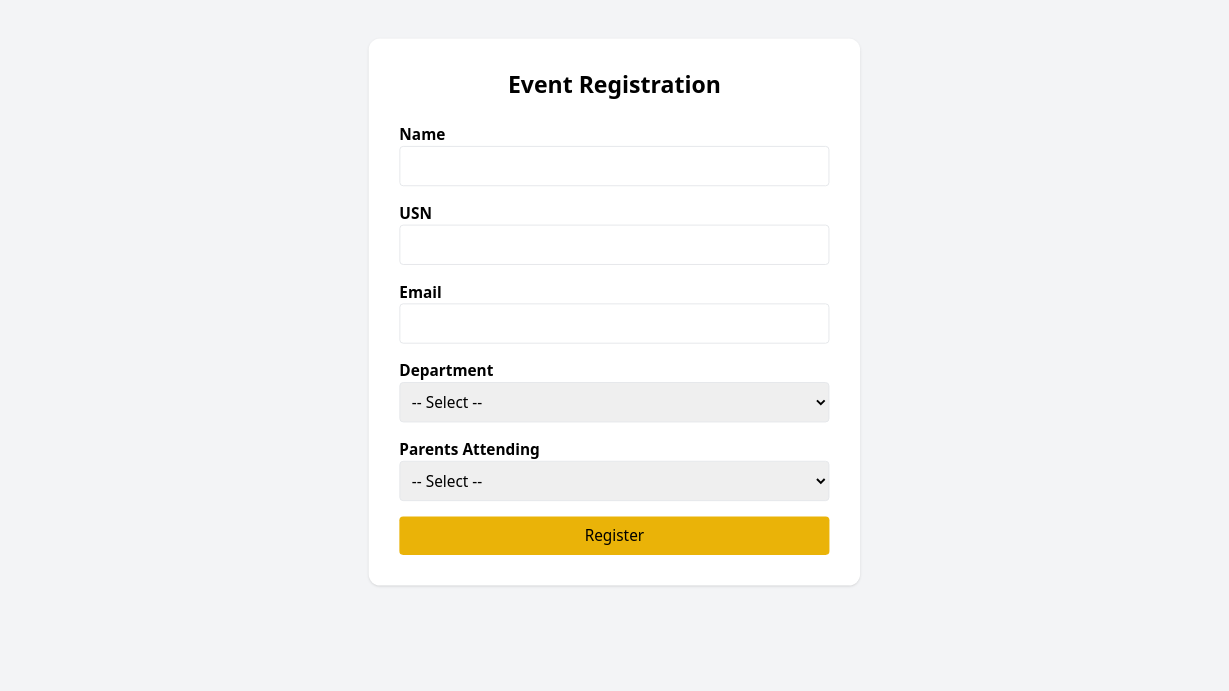
Repository: shravanramakunja/EventEase
Page: http://localhost/
The author's editor kept a copy of each file at every save. The page is drawn from the files as they stood at one save, then again after the next save.
The browser window is 1280 px wide. The pictures show the whole page, at 96% of full size.
Some web libraries are served in a nearby version. The page is served by the project's Node server (server.js). Other server files are loaded and not shown.

Above is the page before, as saved 2025-11-29 15:41:30.

### views/index.ejs
<!DOCTYPE html>
<html lang="en">
<head>
  <meta charset="UTF-8">
  <title>Event Registration</title>
  <script src="https://cdn.tailwindcss.com"></script>
</head>

<body class="bg-gray-100">

<div class="max-w-lg mx-auto mt-10 bg-white p-8 rounded-xl shadow">
  <h1 class="text-2xl font-bold mb-6 text-center">Event Registration</h1>

  <% if (error) { %>
    <p class="text-red-600 mb-4"><%= error %></p>
  <% } %>

  <form action="/register" method="POST" class="space-y-4">

    <div>
      <label class="font-semibold">Name</label>
      <input type="text" name="name" required class="w-full border rounded p-2">
    </div>

    <div>
      <label class="font-semibold">USN</label>
      <input type="text" name="usn" required class="w-full border rounded p-2">
    </div>

    <div>
      <label class="font-semibold">Email</label>
      <input type="email" name="email" required class="w-full border rounded p-2">
    </div>

    <div>
      <label class="font-semibold">Department</label>
      <select name="department" required class="w-full border rounded p-2">
        <option value="">-- Select --</option>
        <% departments.forEach(d => { %>
          <option value="<%= d %>"><%= d %></option>
        <% }) %>
      </select>
    </div>

    <div>
      <label class="font-semibold">Parents Attending</label>
      <select name="parents" required class="w-full border rounded p-2">
        <option value="">-- Select --</option>
        <option value="0">No Parents</option>
        <option value="1">1 Parent</option>
        <option value="2">2 Parents</option>
      </select>
    </div>

    <button class="w-full bg-yellow-500 hover:bg-yellow-600 text-black py-2 rounded">
      Register
    </button>

  </form>
</div>

</body>
</html>

### server.js
// server.js

require("dotenv").config();
const express = require("express");
const path = require("path");
const session = require("express-session");
const bodyParser = require("body-parser");

const userRoutes = require("./routes/userRoutes");
const adminRoutes = require("./routes/adminRoutes");
const checkinRoutes = require("./routes/checkinRoutes");
const connectDB = require("./config/db");

const app = express();

// =====================
//  CONNECT DATABASE
// =====================
connectDB();

// =====================
//  MIDDLEWARE
// =====================
app.use(bodyParser.urlencoded({ extended: true }));
app.use(bodyParser.json());
app.use(express.json());
app.use(express.static(path.join(__dirname, "public")));

app.use(
  session({
    secret: process.env.SESSION_SECRET || "somesecretkey",
    resave: false,
    saveUninitialized: false,
    cookie: { maxAge: 24 * 60 * 60 * 1000 }
  })
);

// =====================
//  VIEW ENGINE
// =====================
app.set("view engine", "ejs");
app.set("views", path.join(__dirname, "views"));

// =====================
//  ROUTES
// =====================
app.use("/", userRoutes);
app.use("/admin", adminRoutes);
app.use("/checkin", checkinRoutes);
app.use("/checkin", require("./routes/checkinRoutes"));

// =====================
//  START SERVER
// =====================
const PORT = process.env.PORT || 5000;
app.listen(PORT, () => {
  console.log(`🚀 Server running on http://localhost:${PORT}`);
});

### controllers/userController.js
const fs = require("fs");
const path = require("path");
const ejs = require("ejs");
const QRCode = require("qrcode");
const { v4: uuidv4 } = require("uuid");
const transporter = require("../config/mailer");
const excelHandler = require("../utils/excelHandler");
const { pickRandomSeatForDepartment } = require("../utils/seatAllocator");
const { DEPARTMENTS } = require("../utils/constants");

// 🔥 Add MongoDB Model
const Registration = require("../models/Registration");

exports.showRegister = (req, res) => {
  res.render("index", { departments: Object.keys(DEPARTMENTS), error: null });
};

exports.registerUser = async (req, res) => {
  try {
    const { name, usn, email, department, parents } = req.body;

    if (!name || !usn || !email || !department || parents === "") {
      return res.render("index", {
        departments: Object.keys(DEPARTMENTS),
        error: "Please fill all fields"
      });
    }

    const seat = pickRandomSeatForDepartment(department);
    const uniqueId = uuidv4();

    const qrPayload = { name, usn, department, seat, parents, uniqueId };
    const qrDataUrl = await QRCode.toDataURL(JSON.stringify(qrPayload));

    // save local QR file
    const qrFolder = path.join(__dirname, "..", "public", "qr");
    if (!fs.existsSync(qrFolder)) fs.mkdirSync(qrFolder, { recursive: true });
    const qrPath = path.join(qrFolder, `${uniqueId}.png`);
    await QRCode.toFile(qrPath, JSON.stringify(qrPayload));

    // ======================
    //  SAVE TO EXCEL
    // ======================
    excelHandler.saveRegistration({
      Name: name,
      USN: usn,
      Email: email,
      Department: department,
      Seat: seat,
      Parents: parents,
      UniqueID: uniqueId,
      CheckedIn: "No"
    });

    // ======================
    //  SAVE TO MONGODB
    // ======================
    try {
      await Registration.create({
        name,
        usn,
        email,
        department,
        seat,
        parents,
        uniqueId,
        checkedIn: false
      });
      console.log("✔ MongoDB Save Successful");
    } catch (mongoErr) {
      console.error("❌ MongoDB Save Error:", mongoErr);
    }

    // prepare email
    const templatePath = path.join(__dirname, "..", "templates", "emailTemplate.html");
    const html = ejs.render(fs.readFileSync(templatePath, "utf8"), {
      name,
      usn,
      department,
      seat,
      parents,
      date: "15th NOVEMBER 2024",
      address: "Dr M V Jayaraman Auditorium",
      time: "2:00 PM",
      title: "Event Registration",
      year: new Date().getFullYear()
    });

    // send email
    await transporter.sendMail({
      from: process.env.MAIL_USER,
      to: email,
      subject: `Your Registration – Seat ${seat}`,
      html,
      attachments: [
        { filename: "qrcode.png", path: qrPath, cid: "qrImage" },
        { filename: "eventease-logo.png", path: "./public/uploads/eventease-logo.png", cid: "eventLogo" }
      ]
    });

    // show success
    res.render("success", { name, usn, department, seat, parents, email });

  } catch (err) {
    console.error(err);
    res.render("index", {
      departments: Object.keys(DEPARTMENTS),
      error: "Registration failed"
    });
  }
};

### utils/excelHandler.js
const xlsx = require("xlsx");
const fs = require("fs");
const path = require("path");

const filePath = path.join(__dirname, "..", "data", "registrations.xlsx");
const dataFolder = path.join(__dirname, "..", "data");

if (!fs.existsSync(dataFolder)) fs.mkdirSync(dataFolder, { recursive: true });

const COLUMNS = [
  "Name",
  "USN",
  "Email",
  "Department",
  "Seat",
  "Parents",
  "UniqueID",
  "CheckedIn"
];

function initExcel() {
  if (!fs.existsSync(filePath)) {
    const wb = xlsx.utils.book_new();
    const ws = xlsx.utils.json_to_sheet([], { header: COLUMNS });
    xlsx.utils.book_append_sheet(wb, ws, "Registrations");
    xlsx.writeFile(wb, filePath);
  }
}

function readSheet() {
  initExcel();
  const wb = xlsx.readFile(filePath);
  const ws = wb.Sheets["Registrations"];
  return xlsx.utils.sheet_to_json(ws, { defval: "" });
}

function writeSheet(rows) {
  const wb = xlsx.utils.book_new();
  const ws = xlsx.utils.json_to_sheet(rows, { header: COLUMNS });
  xlsx.utils.book_append_sheet(wb, ws, "Registrations");
  xlsx.writeFile(wb, filePath);
}

function saveRegistration(data) {
  const rows = readSheet();
  rows.push(data);
  writeSheet(rows);
}

function updateCheckin(uniqueId) {
  const rows = readSheet();
  const i = rows.findIndex(r => r.UniqueID === uniqueId);

  if (i === -1) return { ok: false, reason: "not_found" };

  if (rows[i].CheckedIn === "Yes")
    return { ok: false, reason: "already_checked_in", row: rows[i] };

  rows[i].CheckedIn = "Yes";
  writeSheet(rows);

  return { ok: true, row: rows[i] };
}

function deleteUser(uniqueId) {
  const rows = readSheet();
  const newRows = rows.filter(r => r.UniqueID !== uniqueId);
  writeSheet(newRows);
  return rows.length !== newRows.length;
}

module.exports = {
  saveRegistration,
  updateCheckin,
  deleteUser,
  getAll: readSheet,
};

### utils/seatAllocator.js
// utils/seatAllocator.js
const excelHandler = require("./excelHandler");
const { DEPARTMENTS, ZERO_PAD_LENGTH } = require("./constants");

function pad(n) {
  return String(n).padStart(ZERO_PAD_LENGTH, "0");
}

function pickRandomSeatForDepartment(department) {
  const dep = DEPARTMENTS[department];
  if (!dep) throw new Error("Unknown department: " + department);

  const [min, max] = dep.range;
  const prefix = dep.prefix;

  const allocated = new Set(excelHandler.getAll().map(r => r.Seat));

  // Try random allocation
  for (let i = 0; i < 80; i++) {
    const num = Math.floor(Math.random() * (max - min + 1)) + min;
    const seat = prefix + pad(num);
    if (!allocated.has(seat)) return seat;
  }

  // Fallback (linear)
  for (let i = min; i <= max; i++) {
    const seat = prefix + pad(i);
    if (!allocated.has(seat)) return seat;
  }

  throw new Error("No seats available for " + department);
}

module.exports = { pickRandomSeatForDepartment };

### utils/constants.js
// utils/constants.js
module.exports = {
  DEPARTMENTS: {
    "Aeronautical Engineering (AE)": { prefix: "A", range: [1, 40] },
    "Civil Engineering (CE)": { prefix: "A", range: [1, 40] },

    "Aerospace Engineering (ASE)": { prefix: "B", range: [1, 70] },
    "Chemical Engineering (CHE)": { prefix: "B", range: [1, 70] },

    "Electronics and Communication Engineering (ECE)": { prefix: "C", range: [1, 80] },
    "Industrial IOT (IIoT)": { prefix: "C", range: [1, 80] },

    "Computer Science and Engineering and Data Science (CD)": { prefix: "D", range: [1, 220] },
    "Artificial Intelligence and Machine Learning (AI & ML)": { prefix: "D", range: [1, 220] },
    "Computer Science and Design (CG)": { prefix: "D", range: [1, 220] },

    "Computer Science and Engineering (CSE)": { prefix: "E", range: [1, 180] },
    "Information Science and Engineering (ISE)": { prefix: "E", range: [1, 180] },

    "Mechanical Engineering (ME)": { prefix: "A", range: [1, 40] }
  },

  ZERO_PAD_LENGTH: 3 // A012, D187 (3 digits)
};

After the next save:
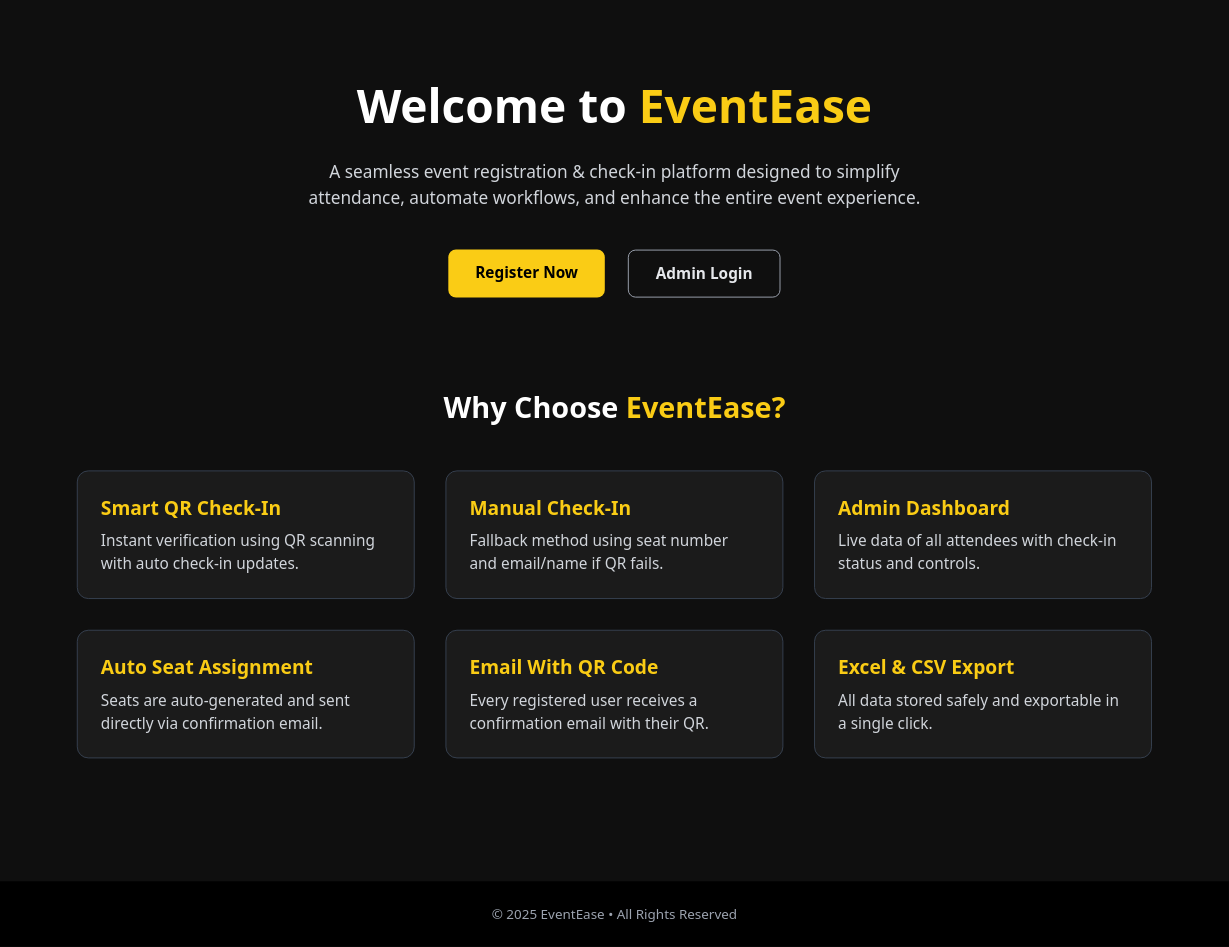
Saved 12 min 17 s later.
--- a/views/index.ejs
+++ b/views/index.ejs
@@ -1,63 +1,84 @@
 <!DOCTYPE html>
 <html lang="en">
 <head>
-  <meta charset="UTF-8">
-  <title>Event Registration</title>
+  <meta charset="UTF-8" />
+  <title>EventEase – Smart Event Check-In System</title>
   <script src="https://cdn.tailwindcss.com"></script>
 </head>
 
-<body class="bg-gray-100">
+<body class="bg-[#0f0f0f] text-white">
 
-<div class="max-w-lg mx-auto mt-10 bg-white p-8 rounded-xl shadow">
-  <h1 class="text-2xl font-bold mb-6 text-center">Event Registration</h1>
+  <!-- HERO SECTION -->
+  <section class="max-w-6xl mx-auto pt-20 pb-24 text-center px-4">
+    <h1 class="text-5xl font-extrabold leading-tight">
+      Welcome to <span class="text-yellow-400">EventEase</span>
+    </h1>
+    <p class="mt-6 text-lg text-gray-300 max-w-2xl mx-auto">
+      A seamless event registration & check-in platform designed to simplify attendance,
+      automate workflows, and enhance the entire event experience.
+    </p>
 
-  <% if (error) { %>
-    <p class="text-red-600 mb-4"><%= error %></p>
-  <% } %>
+    <div class="mt-10 flex justify-center gap-6">
+      <a href="/register"
+        class="bg-yellow-400 text-black font-semibold px-7 py-3 rounded-lg hover:bg-yellow-300 transition">
+        Register Now
+      </a>
 
-  <form action="/register" method="POST" class="space-y-4">
+      <a href="/admin"
+        class="border border-gray-400 text-gray-200 font-semibold px-7 py-3 rounded-lg hover:bg-gray-800 transition">
+        Admin Login
+      </a>
+    </div>
+  </section>
 
-    <div>
-      <label class="font-semibold">Name</label>
-      <input type="text" name="name" required class="w-full border rounded p-2">
+  <!-- FEATURES SECTION -->
+  <section class="max-w-6xl mx-auto pb-20 px-4">
+    <h2 class="text-3xl font-bold text-center mb-12">
+      Why Choose <span class="text-yellow-400">EventEase?</span>
+    </h2>
+
+    <div class="grid md:grid-cols-3 gap-8">
+
+      <!-- Feature Card -->
+      <div class="bg-[#1b1b1b] border border-gray-700 rounded-xl p-6 hover:scale-105 transition">
+        <h3 class="text-xl font-semibold mb-2 text-yellow-400">Smart QR Check-In</h3>
+        <p class="text-gray-300">Instant verification using QR scanning with auto check-in updates.</p>
+      </div>
+
+      <div class="bg-[#1b1b1b] border border-gray-700 rounded-xl p-6 hover:scale-105 transition">
+        <h3 class="text-xl font-semibold mb-2 text-yellow-400">Manual Check-In</h3>
+        <p class="text-gray-300">Fallback method using seat number and email/name if QR fails.</p>
+      </div>
+
+      <div class="bg-[#1b1b1b] border border-gray-700 rounded-xl p-6 hover:scale-105 transition">
+        <h3 class="text-xl font-semibold mb-2 text-yellow-400">Admin Dashboard</h3>
+        <p class="text-gray-300">Live data of all attendees with check-in status and controls.</p>
+      </div>
+
+      <div class="bg-[#1b1b1b] border border-gray-700 rounded-xl p-6 hover:scale-105 transition">
+        <h3 class="text-xl font-semibold mb-2 text-yellow-400">Auto Seat Assignment</h3>
+        <p class="text-gray-300">Seats are auto-generated and sent directly via confirmation email.</p>
+      </div>
+
+      <div class="bg-[#1b1b1b] border border-gray-700 rounded-xl p-6 hover:scale-105 transition">
+        <h3 class="text-xl font-semibold mb-2 text-yellow-400">Email With QR Code</h3>
+        <p class="text-gray-300">Every registered user receives a confirmation email with their QR.</p>
+      </div>
+
+      <div class="bg-[#1b1b1b] border border-gray-700 rounded-xl p-6 hover:scale-105 transition">
+        <h3 class="text-xl font-semibold mb-2 text-yellow-400">Excel & CSV Export</h3>
+        <p class="text-gray-300">All data stored safely and exportable in a single click.</p>
+      </div>
+
     </div>
+  </section>
 
-    <div>
-      <label class="font-semibold">USN</label>
-      <input type="text" name="usn" required class="w-full border rounded p-2">
-    </div>
-
-    <div>
-      <label class="font-semibold">Email</label>
-      <input type="email" name="email" required class="w-full border rounded p-2">
-    </div>
-
-    <div>
-      <label class="font-semibold">Department</label>
-      <select name="department" required class="w-full border rounded p-2">
-        <option value="">-- Select --</option>
-        <% departments.forEach(d => { %>
-          <option value="<%= d %>"><%= d %></option>
-        <% }) %>
-      </select>
-    </div>
-
-    <div>
-      <label class="font-semibold">Parents Attending</label>
-      <select name="parents" required class="w-full border rounded p-2">
-        <option value="">-- Select --</option>
-        <option value="0">No Parents</option>
-        <option value="1">1 Parent</option>
-        <option value="2">2 Parents</option>
-      </select>
-    </div>
-
-    <button class="w-full bg-yellow-500 hover:bg-yellow-600 text-black py-2 rounded">
-      Register
-    </button>
-
-  </form>
-</div>
+  <!-- FOOTER -->
+  <footer class="bg-black py-6 mt-12">
+    <p class="text-center text-gray-400 text-sm">
+      © <%= new Date().getFullYear() %> EventEase • All Rights Reserved
+    </p>
+  </footer>
 
 </body>
 </html>
